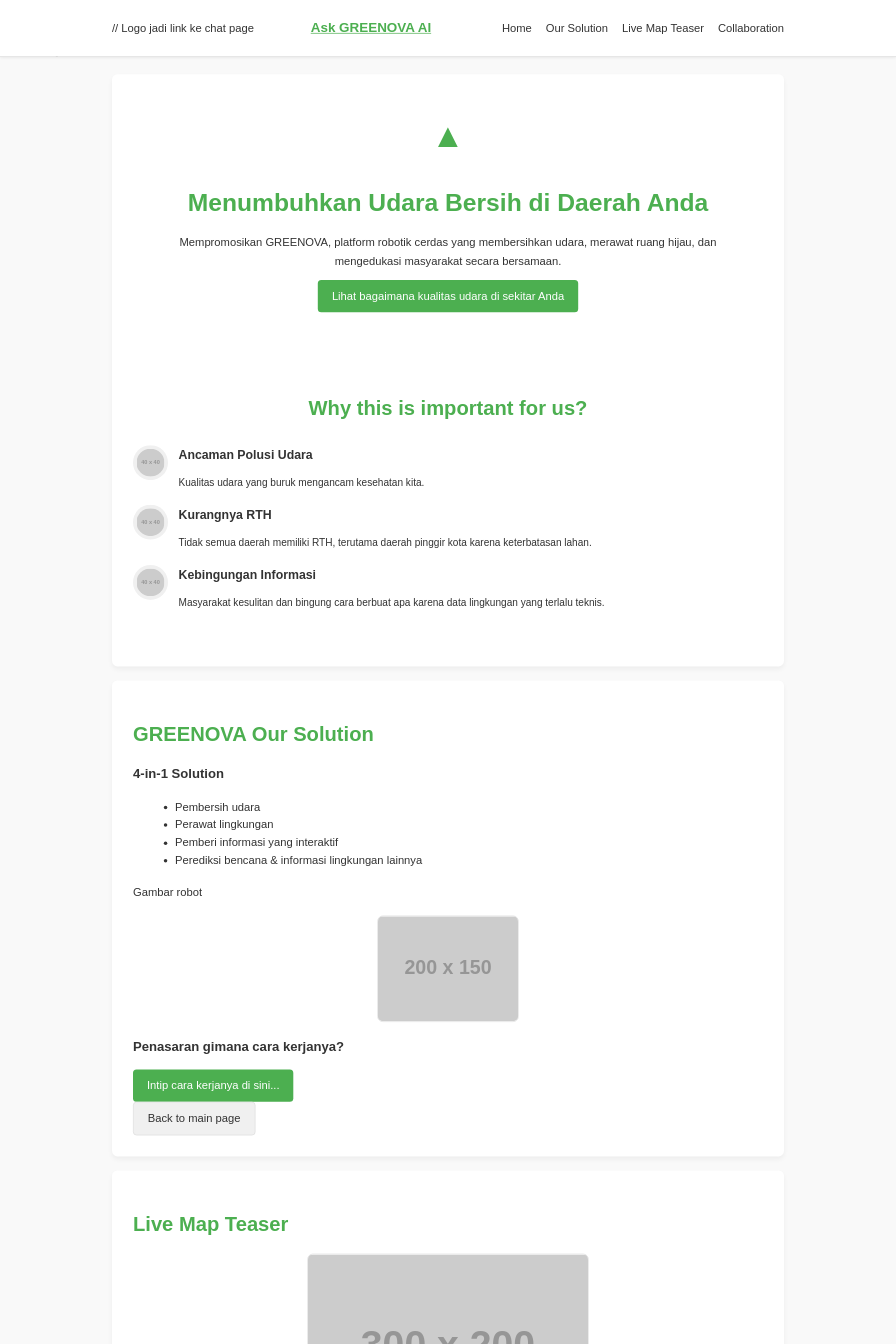
Repository: JojoGid34/Greenova-WEBSITE-SFT25-TETR
Page: index.html
An editor plug-in stored every save of this project. The page is shown before and after the next save, followed by the edit.
The browser window is 1280 px wide. The pictures show the part of the page from y = 0 to 1920 px (the page is 4793 px tall), at 70% of full size.

Above is the page before, as saved 2025-07-26 13:11:46.

After the next save:
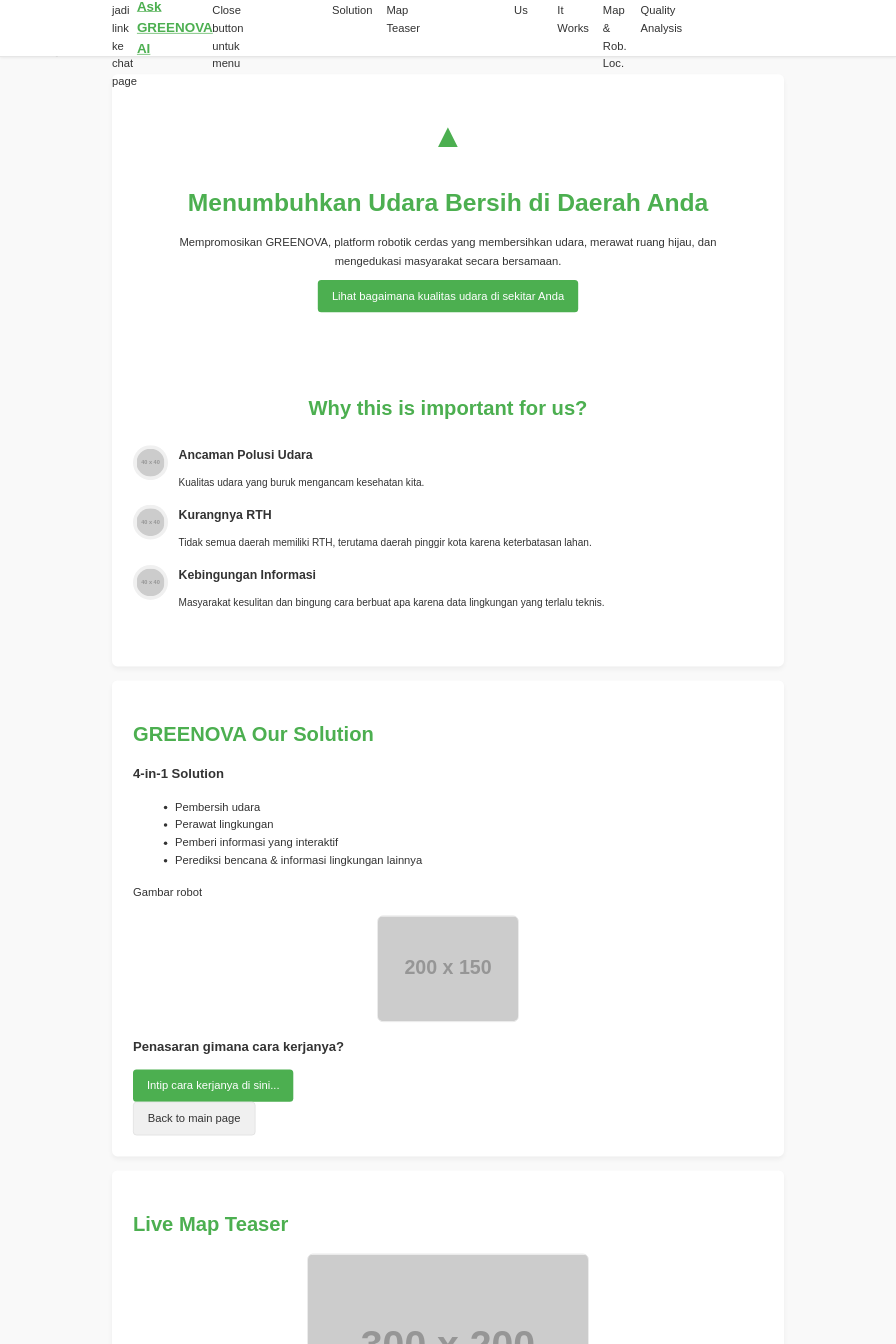
Saved 64 s later.
--- a/index.html
+++ b/index.html
@@ -17,12 +17,18 @@
       <nav class="nav-menu">
         <button class="menu-toggle" aria-label="Toggle navigation">&#9776;</button>
         <ul class="nav-list">
-
+          // Close button untuk menu
+          <li class="close-menu-item"><button class="close-menu" aria-label="Close navigation">&times;</button></li>
           <li><a href="#home">Home</a></li>
           <li><a href="#solution">Our Solution</a></li>
           <li><a href="#live-map-teaser">Live Map Teaser</a></li>
           <li><a href="#collaboration">Collaboration</a></li>
-          <!-- Anda bisa menambahkan link lain di sini jika ingin -->
+          <li><a href="#about-us-simulated">About Us</a></li>
+          <li><a href="#how-it-works-simulated">How It Works</a></li>
+          <li><a href="#live-map-simulated">Live Map & Rob. Loc.</a></li>
+          <li><a href="#air-quality-simulated">Air Quality Analysis</a></li>
+          <li><a href="#collaboration-simulated">Collaboration</a></li>
+          <li><a href="#donation-simulated">Donation</a></li>
         </ul>
       </nav>
     </div>
